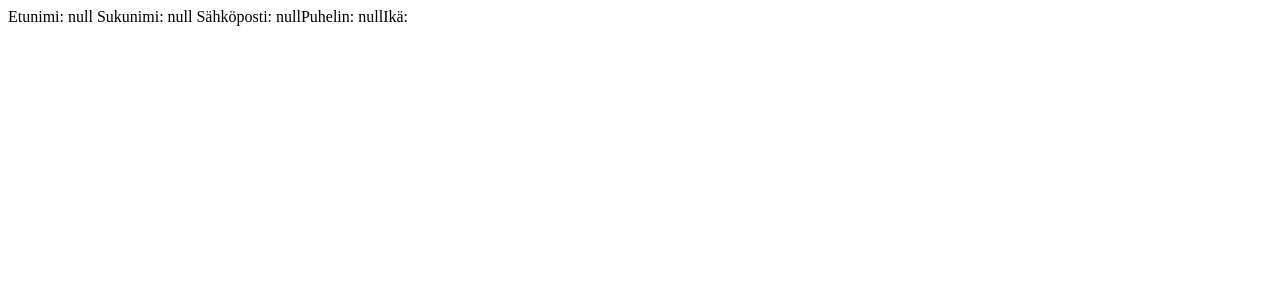
Repository: NellaPih/Asiakkaat
Page: http://localhost/Lomake/nayta.jsp
The author's editor kept a copy of each file at every save. The page is drawn from the files as they stood at one save, then again after the next save.
The browser window is 1280 px wide. The pictures show the whole page.
The page is served by Tomcat 9.

Above is the page before, as saved 2020-04-17 11:10:53.

### Lomake/WebContent/nayta.jsp
<%@ page language="java" contentType="text/html; charset=ISO-8859-1"
    pageEncoding="ISO-8859-1"%>
<!DOCTYPE html>
<html>
<head>
<meta charset="ISO-8859-1">
<title>Insert title here</title>
</head>
<body>
<%
String etunimi = request.getParameter("etunimi");
String sukunimi = request.getParameter("sukunimi");
String sposti = request.getParameter("sposti");
String puhelin = request.getParameter("puhelin");
String vuosi = request.getParameter("vuosi");


out.print("Etunimi: " + etunimi + "\nSukunimi: " + sukunimi + "\nSähköposti: " + sposti +
		"Puhelin: " + puhelin + "Ikä: ");

%>

</body>
</html>

After the next save:
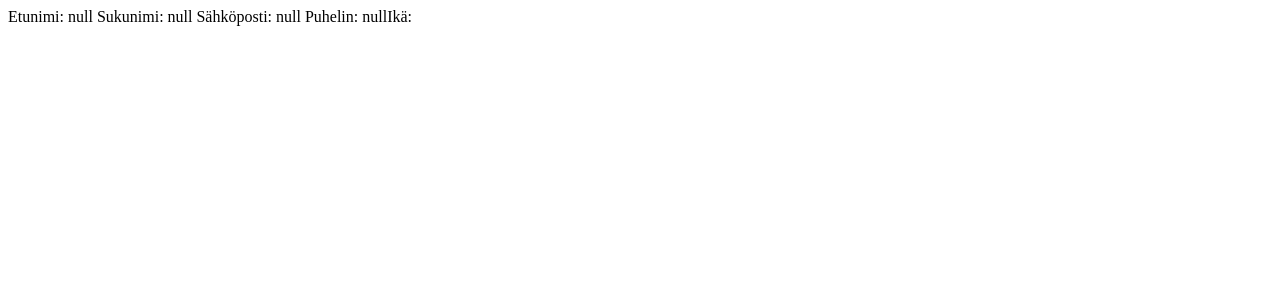
Saved 50 s later.
--- a/Lomake/WebContent/nayta.jsp
+++ b/Lomake/WebContent/nayta.jsp
@@ -16,7 +16,7 @@
 
 
 out.print("Etunimi: " + etunimi + "\nSukunimi: " + sukunimi + "\nSähköposti: " + sposti +
-		"Puhelin: " + puhelin + "Ikä: ");
+		"\nPuhelin: " + puhelin + "Ikä: ");
 
 %>
 
